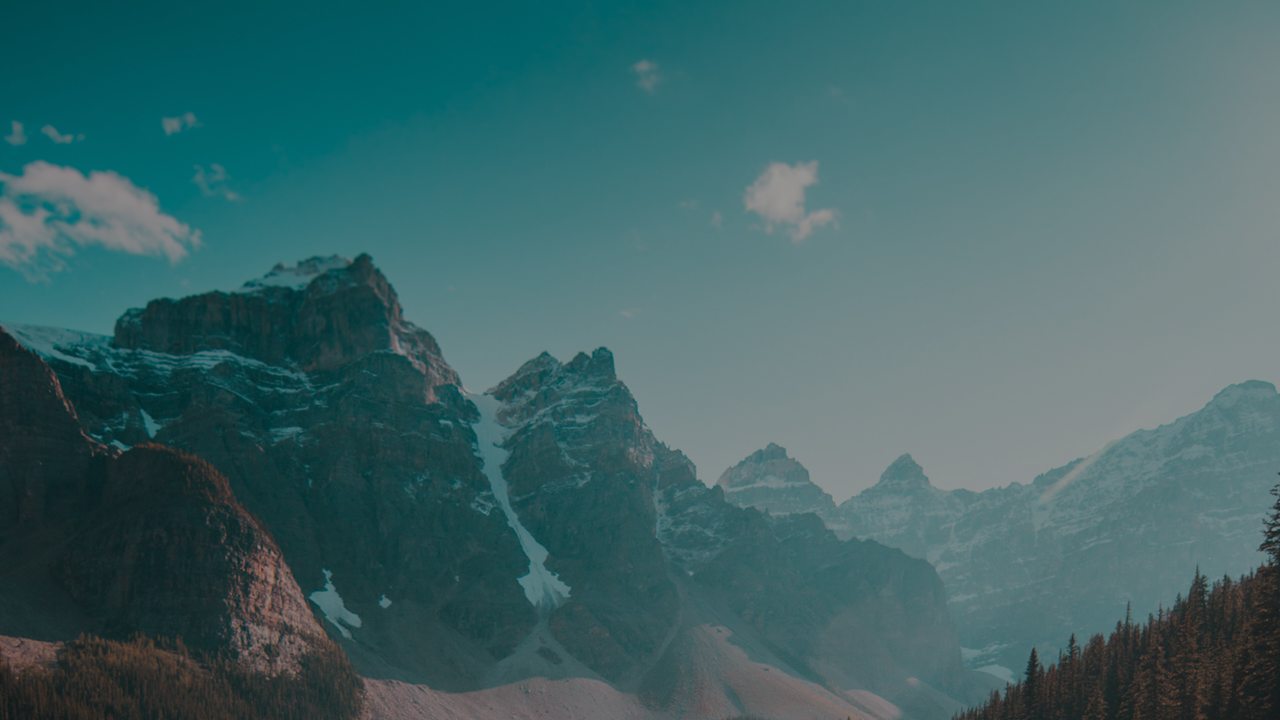
Repository: dung8466/Sign_in_page
Page: index.html
The author's editor kept a copy of each file at every save. The page is drawn from the files as they stood at one save, then again after the next save.
The browser window is 1280 px wide. The pictures show the whole page.

Above is the page before, as saved 2021-10-06 22:16:02.

### index.html
<!DOCTYPE html>
<!DOCTYPE html>
<html lang="en">
<head>
    <meta charset="UTF-8">
    <meta http-equiv="X-UA-Compatible" content="IE=edge">
    <meta name="viewport" content="width=device-width, initial-scale=1.0">
    <title>Sign In</title>
    <link rel="stylesheet" href="style.css">
</head>
<body>
    <div class="main-pg">
        <div class="sign-in-form">

        </div>
    </div>
</body>
</html>

### style.css
*{
    margin: 0;
    padding: 0;
}

.main-pg{
    height: 100%;
    width: 100%;
    background-image: linear-gradient(rgba(0,0,0,0.4),rgba(0,0,0,0.4)),url("src/banner.jpg");
    background-position: center;
    background-size: cover;
    position: absolute;
}

After the next save:
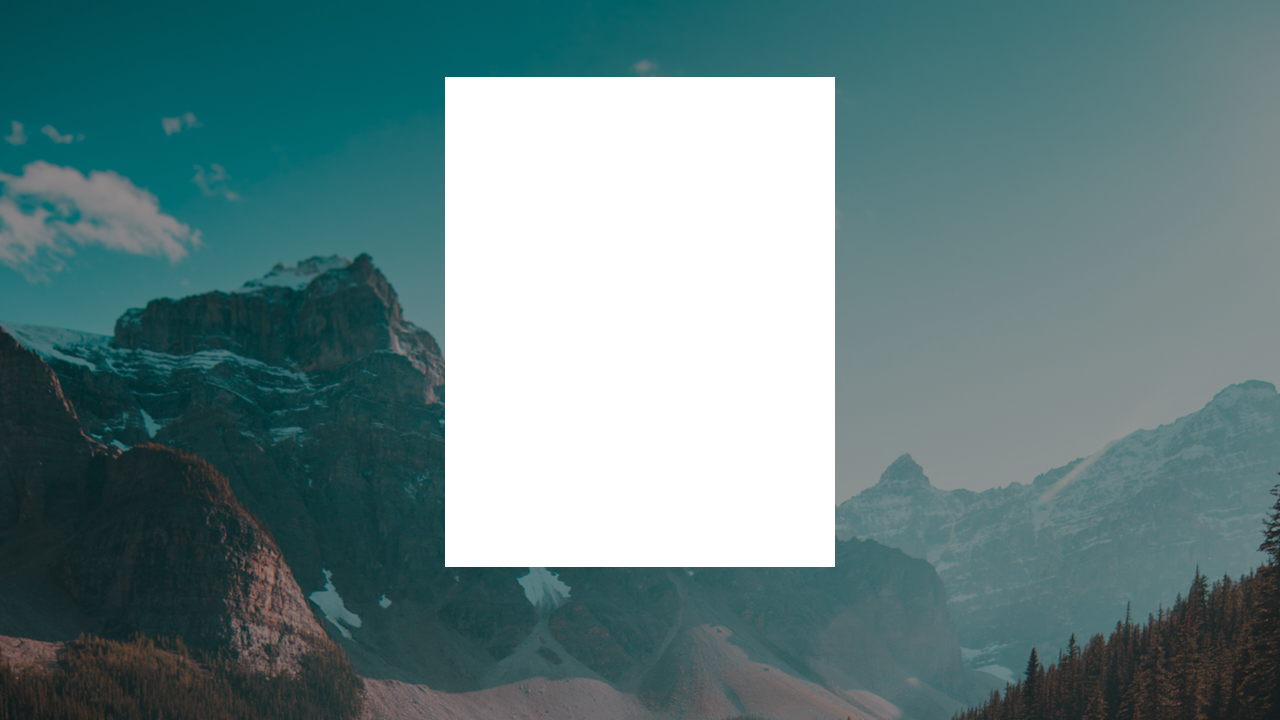
Saved 86 s later.
--- a/style.css
+++ b/style.css
@@ -11,3 +11,12 @@
     background-size: cover;
     position: absolute;
 }
+
+.sign-in-form{
+    width: 380px;
+    height: 480px;
+    position: relative;
+    margin: 6% auto;
+    background: #fff;
+    padding: 5px;
+}
